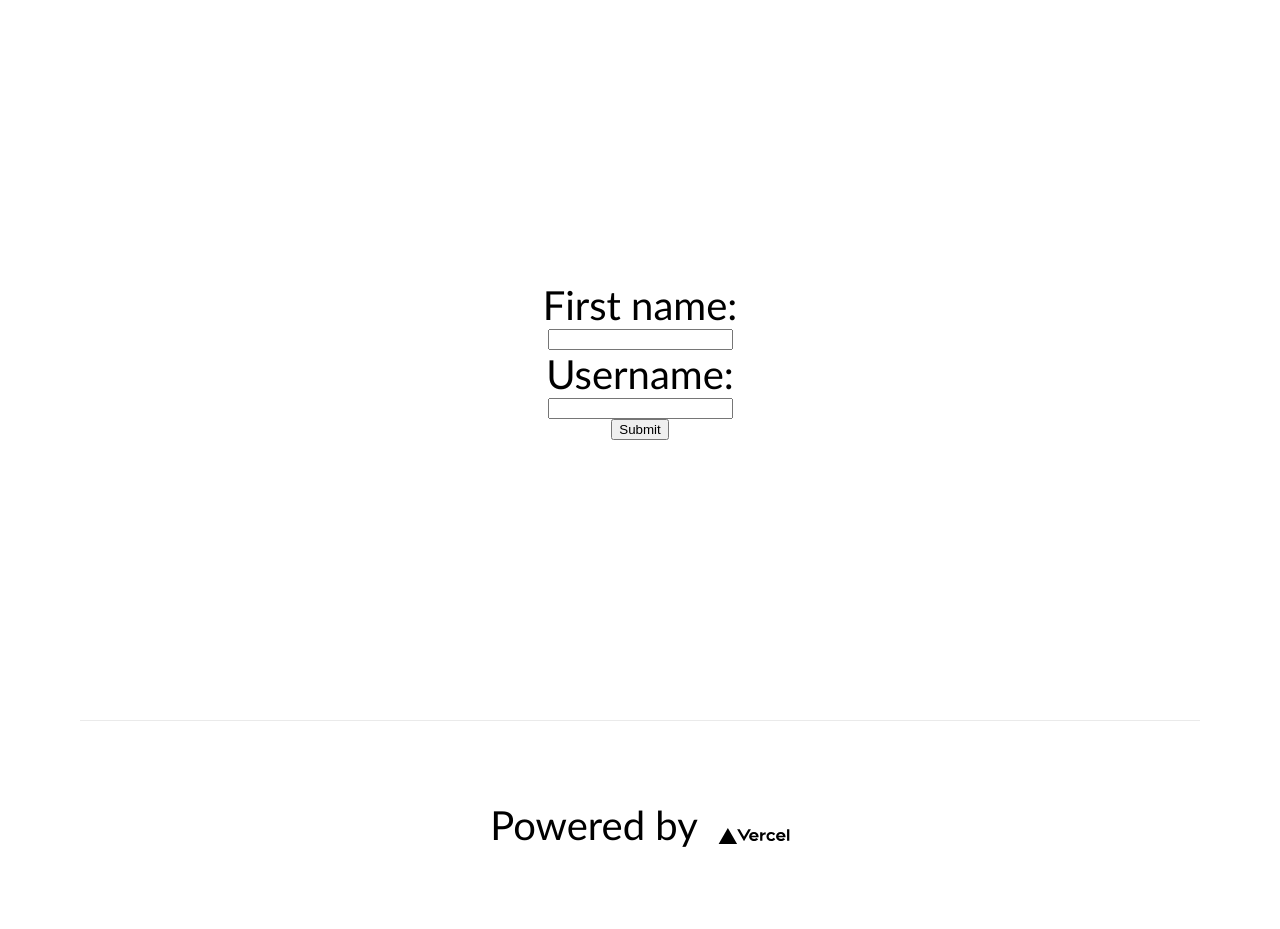
Repository: cartervandekamp/class02-inclass
Page: /
An editor plug-in stored every save of this project. The page is shown before and after the next save, followed by the edit.
The browser window is 1280 px wide. The pictures show the whole page.
The project was rebuilt for these pictures with package versions that can differ from the ones it lists, and the page was loaded fresh each time. The framework's server and built-in components were replaced by stand-ins that run in the browser. Also part of the build but not shown: next.config.js.

Above is the page before, as saved 2023-01-16 20:27:30.

After the next save:
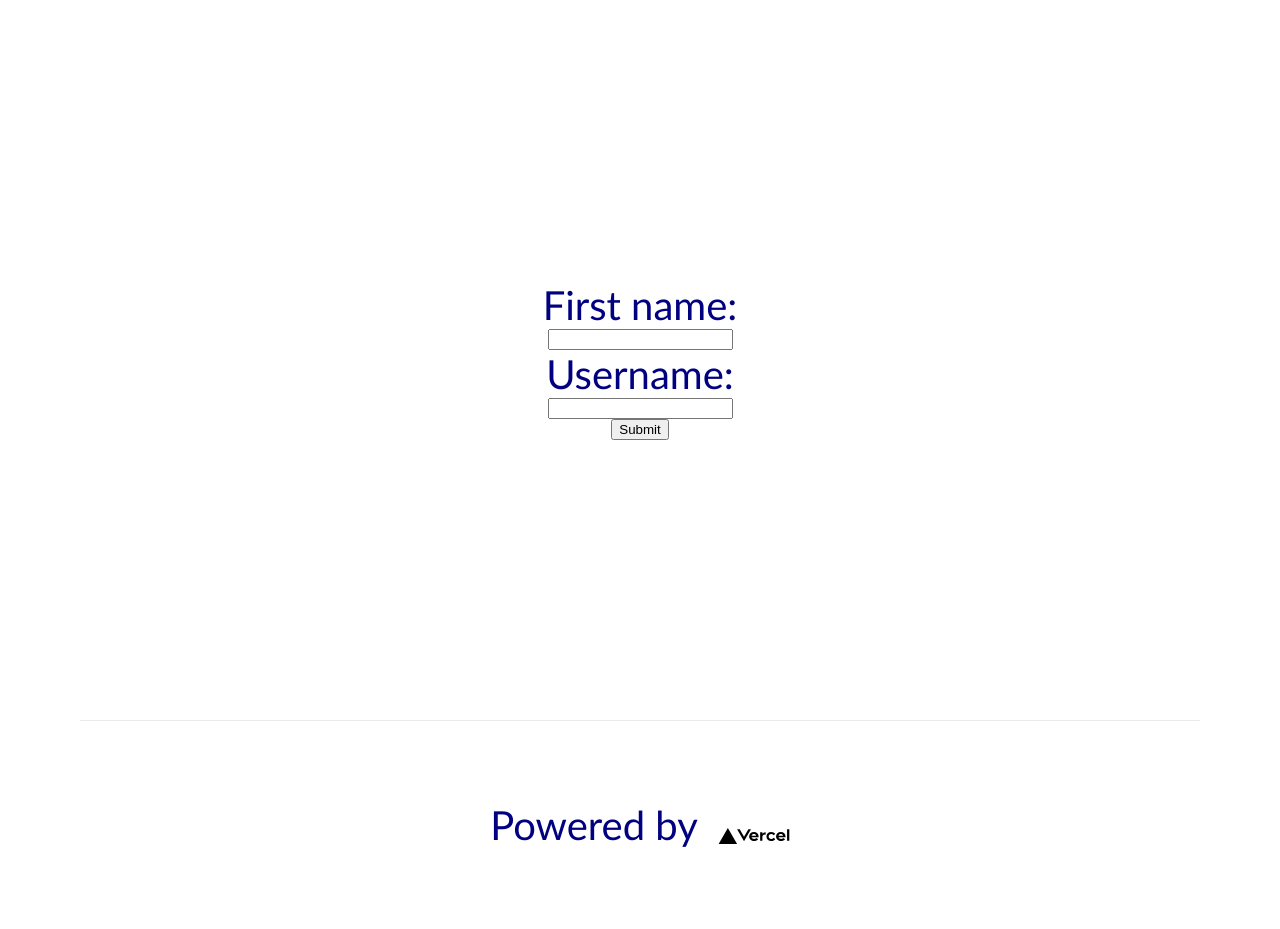
Saved 64 s later.
--- a/styles/globals.css
+++ b/styles/globals.css
@@ -4,6 +4,7 @@
   margin: 0;
   font-family: 'Gill Sans', 'Gill Sans MT', Calibri, 'Trebuchet MS', sans-serif;
   font-size: 40px;
+  color: navy;
 }
 
 a {

After the save that followed:
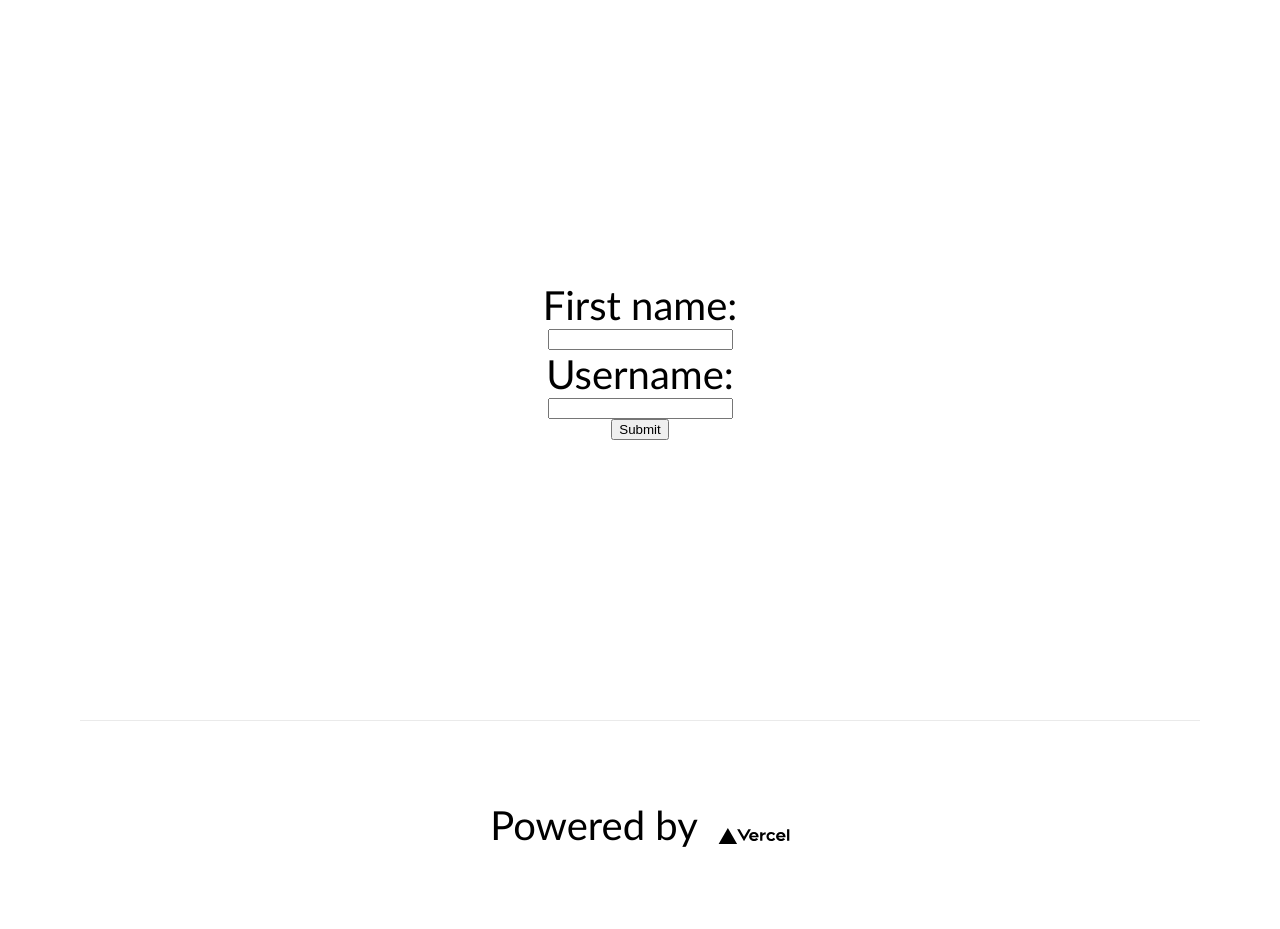
Saved 5 s later.
--- a/styles/globals.css
+++ b/styles/globals.css
@@ -4,7 +4,7 @@
   margin: 0;
   font-family: 'Gill Sans', 'Gill Sans MT', Calibri, 'Trebuchet MS', sans-serif;
   font-size: 40px;
-  color: navy;
+
 }
 
 a {
